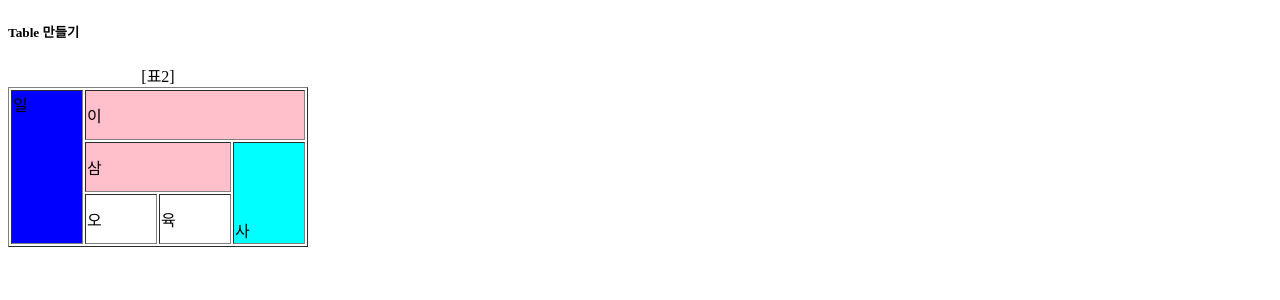
Repository: kimyoda/HomePratice
Page: Javawork/javascript/src/main/webapp/pratice/Ex1_test.html
The author's editor kept a copy of each file at every save. The page is drawn from the files as they stood at one save, then again after the next save.
The browser window is 1280 px wide. The pictures show the whole page.
Some web fonts or font styles are not loaded; a fallback is used.

Above is the page before, as saved 2023-09-26 16:29:20.

After the next save:
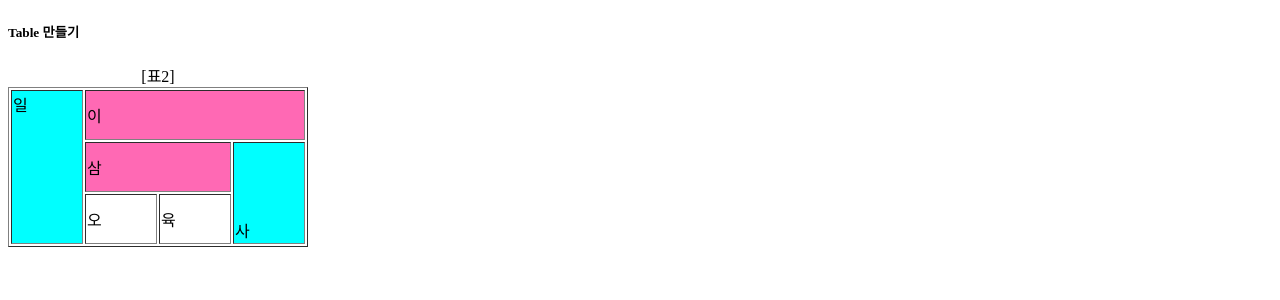
Saved 32 s later.
--- a/Javawork/javascript/src/main/webapp/pratice/Ex1_test.html
+++ b/Javawork/javascript/src/main/webapp/pratice/Ex1_test.html
@@ -23,12 +23,12 @@
    <table border="1" style="width: 300px;" heigh ="100">
    <caption>[표2]</caption>
    <tr>
-	   <td rowspan="3" valign = "top" bgcolor="blue">일</td>
-	   <td colspan="3"  bgcolor="pink">이</td>
+	   <td rowspan="3" valign = "top" bgcolor="cyan">일</td>
+	   <td colspan="3"  bgcolor="hotpink">이</td>
    </tr>
    <tr>
-	   <td colspan="2" bgcolor="pink">삼</td>
-	   <td rowspan="3" bgcolor="cyan" valign ="bottom">사</td>
+	   <td colspan = "2" bgcolor = "hotpink">삼</td>
+	   <td rowspan = "3" bgcolor = "cyan" valign ="bottom">사</td>
    </tr>
    <tr>
 	   <td>오</td><td>육</td>
